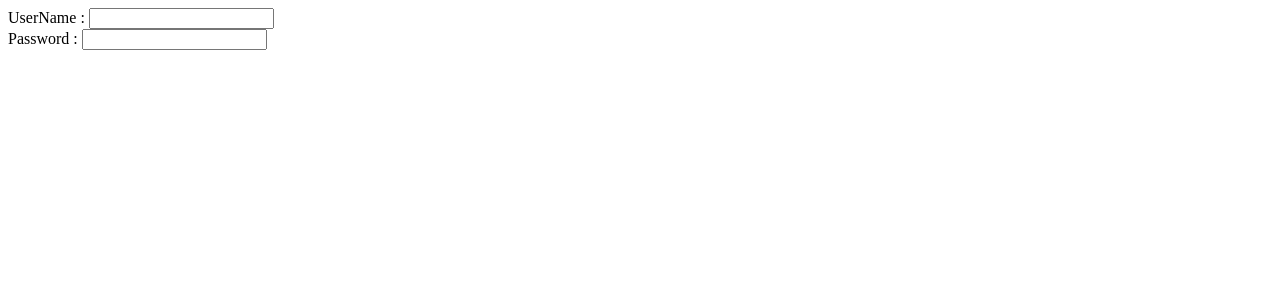
Repository: srikarpeddapally/20262_SrikarP
Page: SpringWork/SpringWorkspace/ServletExampleRequest/src/main/webapp/LogIn.html
The author's editor kept a copy of each file at every save. The page is drawn from the files as they stood at one save, then again after the next save.
The browser window is 1280 px wide. The pictures show the whole page.

Above is the page before, as saved 2021-08-25 05:44:57.

After the next save:
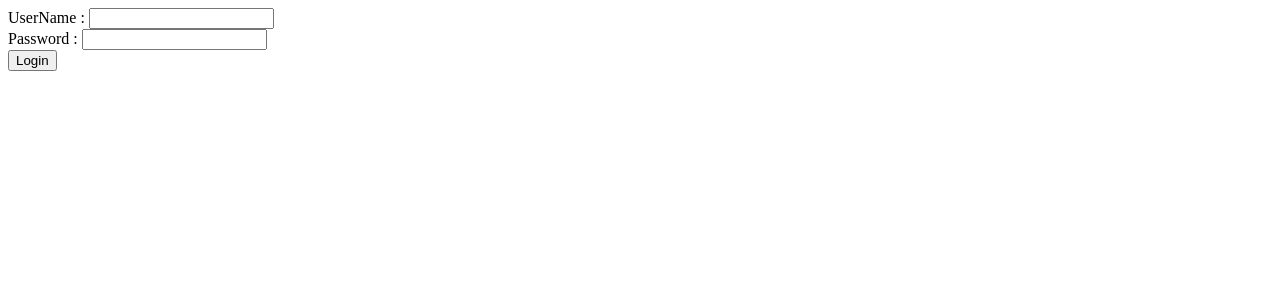
Saved 12 min 44 s later.
--- a/SpringWork/SpringWorkspace/ServletExampleRequest/src/main/webapp/LogIn.html
+++ b/SpringWork/SpringWorkspace/ServletExampleRequest/src/main/webapp/LogIn.html
@@ -7,5 +7,6 @@
 <body>
 UserName : <input type ="text" name="t1"/> </br>
 Password : <input type = "text" name ="t2"/> </br>
+<input type ="submit" value ="Login" />
 </body>
 </html>
